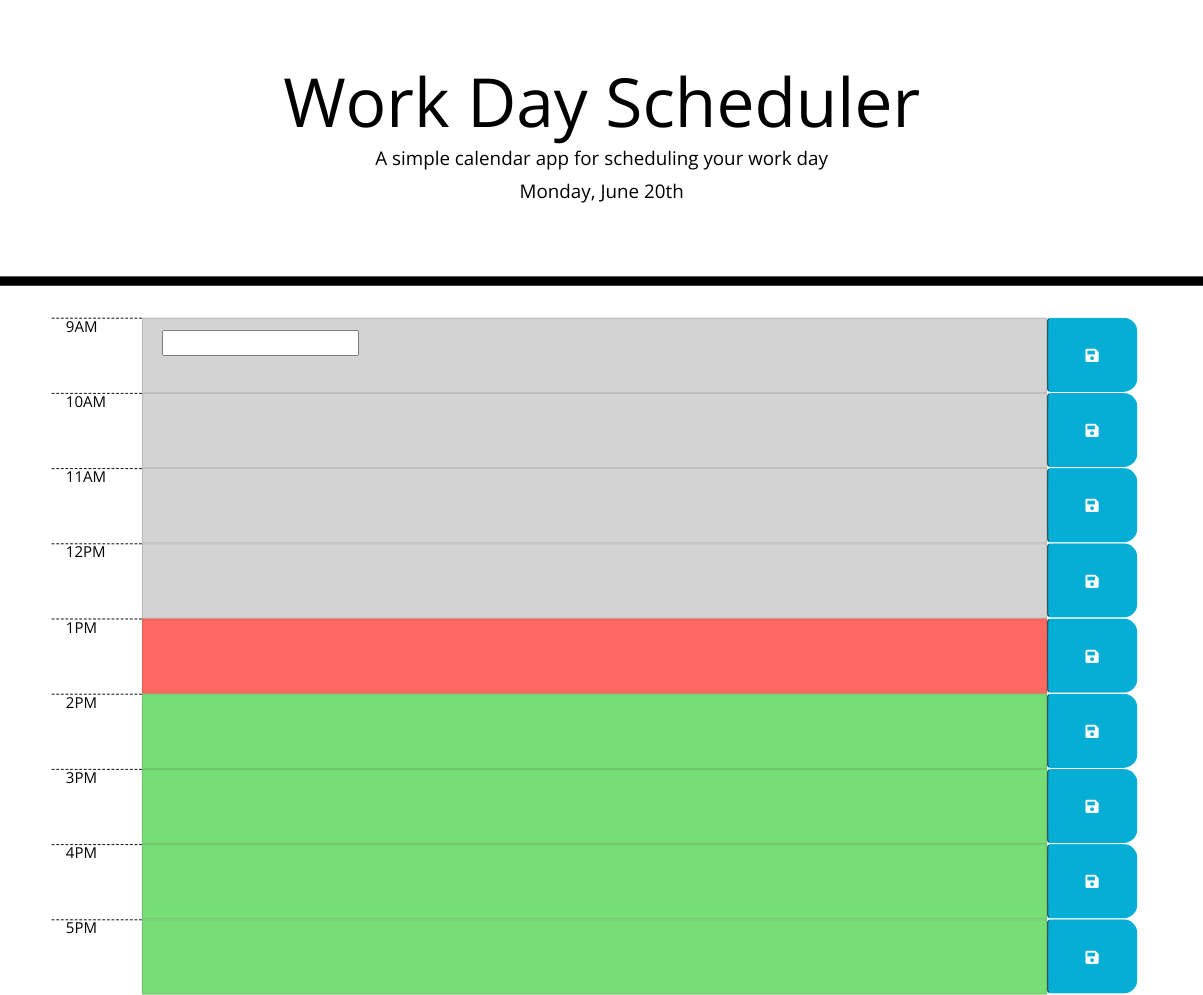
Repository: dtierney21/work-day-scheduler
Page: index.html
These files come from the project's save history. The page is drawn as it stood at one moment and after the next save; the edit follows.
The browser window is 1280 px wide. The pictures show the whole page, at 94% of full size.
Some web libraries are served in a nearby version.

Above is the page before, as saved 2022-06-28 15:27:12.

### index.html
<!DOCTYPE html>
<html lang="en">
  <head>
    <meta charset="UTF-8" />
    <meta name="viewport" content="width=device-width, initial-scale=1.0" />
    <meta http-equiv="X-UA-Compatible" content="ie=edge" />
    <link
      rel="stylesheet"
      href="https://stackpath.bootstrapcdn.com/bootstrap/4.3.1/css/bootstrap.min.css"
    />
    <link
      rel="stylesheet"
      href="https://use.fontawesome.com/releases/v5.8.1/css/all.css"
      integrity="sha384-50oBUHEmvpQ+1lW4y57PTFmhCaXp0ML5d60M1M7uH2+nqUivzIebhndOJK28anvf"
      crossorigin="anonymous"
    />
    <link
      href="https://fonts.googleapis.com/css?family=Open+Sans&display=swap"
      rel="stylesheet"
    />
    <link rel="stylesheet" href="./assets/css/style.css" />
    <title>Work Day Scheduler</title>
  </head>

  <body>
    <header class="jumbotron">
      <h1 class="display-3">Work Day Scheduler</h1>
      <p class="lead">A simple calendar app for scheduling your work day</p>
      <p id="currentDay" class="lead"></p>
    </header>
    <section class="container">
        <div class="row">
      <!-- Timeblocks go here -->
            <ul class="list-group col-12">
                <div class="row">
                    <li class="hour col-1">9AM</li>
                    <li class="list-group-item description col-10" data-hour="9"><input type='text'></li>
                    <button class="btn saveBtn col-1" type="submit"><i class="fa fa-save"></i></button>
                </div>
                <div class="row">
                    <li class="hour col-1">10AM</li>
                    <li class="list-group-item description col-10" data-hour="10"></li>
                    <button class="btn saveBtn col-1" type="submit"><i class="fa fa-save"></i></button>
                </div>
                <div class="row">
                    <li class="hour col-1">11AM</li>
                    <li class="list-group-item description col-10" data-hour="11"></li>
                    <button class="btn saveBtn col-1" type="submit"><i class="fa fa-save"></i></button>
                </div>
                <div class="row">
                    <li class="hour col-1">12PM</li>
                    <li class="list-group-item description col-10" data-hour="12"></li>
                    <button class="btn saveBtn col-1" type="submit"><i class="fa fa-save"></i></button>
                </div>
                <div class="row">
                    <li class="hour col-1">1PM</li>
                    <li class="list-group-item description col-10" data-hour="13"></li>
                    <button class="btn saveBtn col-1" type="submit"><i class="fa fa-save"></i></button>
                </div>
                <div class="row">
                    <li class="hour col-1">2PM</li>
                    <li class="list-group-item description col-10" data-hour="14"></li>
                    <button class="btn saveBtn col-1" type="submit"><i class="fa fa-save"></i></button>
                </div>
                <div class="row">
                    <li class="hour col-1">3PM</li>
                    <li class="list-group-item description col-10" data-hour="15"></li>
                    <button class="btn saveBtn col-1" type="submit"><i class="fa fa-save"></i></button>
                </div>
                <div class="row">
                    <li class="hour col-1">4PM</li>
                    <li class="list-group-item description col-10" data-hour="16"></li>
                    <button class="btn saveBtn col-1" type="submit"><i class="fa fa-save"></i></button>
                </div>
                <div class="row">
                    <li class="hour col-1">5PM</li>
                    <li class="list-group-item description col-10" data-hour="17"></li>
                    <button class="btn saveBtn col-1" type="submit"><i class="fa fa-save"></i></button>
                </div>
            </ul>
        </div>
    </section>

    <script src="https://cdnjs.cloudflare.com/ajax/libs/jquery/3.5.1/jquery.min.js"></script>
    <script src="https://cdnjs.cloudflare.com/ajax/libs/moment.js/2.24.0/moment.min.js"></script>
    <script src="./assets/js/script.js"></script>
  </body>
</html>

### assets/css/style.css
body {
  font-family: 'Open Sans', sans-serif;
  font-size: 16px;
  line-height: 1;
}

textarea {
  background: transparent;
  border: none;
  resize: none;
  color: #000000;
  border-left: 1px solid black;
  padding: 10px;
}

.jumbotron {
  text-align: center;
  background-color: transparent;
  color: black;
  border-radius: 0;
  border-bottom: 10px solid black;
}

.description {
  white-space: pre-wrap;
}

.time-block {
  text-align: center;
  border-radius: 15px;
}

.row {
  white-space: pre-wrap;
  height: 80px;
  border-top: 1px solid white;
}

.hour {
  background-color: #ffffff;
  color: #000000;
  border-top: 1px dashed #000000;
  list-style-type: none;
  /*
  text-align: center;
  justify-content: center;
  */
}

.past {
  background-color: #d3d3d3;
  color: white;
}

.present {
  background-color: #ff6961;
  color: white;
}

.future {
  background-color: #77dd77;
  color: white;
}

.saveBtn {
  border-left: 1px solid black;
  border-top-right-radius: 15px;
  border-bottom-right-radius: 15px;
  background-color: #06aed5;
  color: white;
}

.saveBtn i:hover {
  font-size: 20px;
  transition: all 0.3s ease-in-out;
}

### assets/js/script.js
var now = moment();
console.log(now);

var currentHour = moment().format('H');
console.log(currentHour);

var currentDayEl = $('#currentDay');
var today = moment().format('dddd, MMMM Do');

currentDayEl.text(today);

var descriptions = localStorage.getItem("descriptions")



$('.description').each(function() {
    if ($(this).data('hour') == currentHour) {
        $(this).addClass('present');
    } else if($(this).data('hour') > currentHour){
        $(this).addClass('future');
    } else {
        $(this).addClass('past');
    }
})

$('.saveBtn').on('click', function() {
    localStorage.setItem('descriptions', 'test');
})

After the next save:
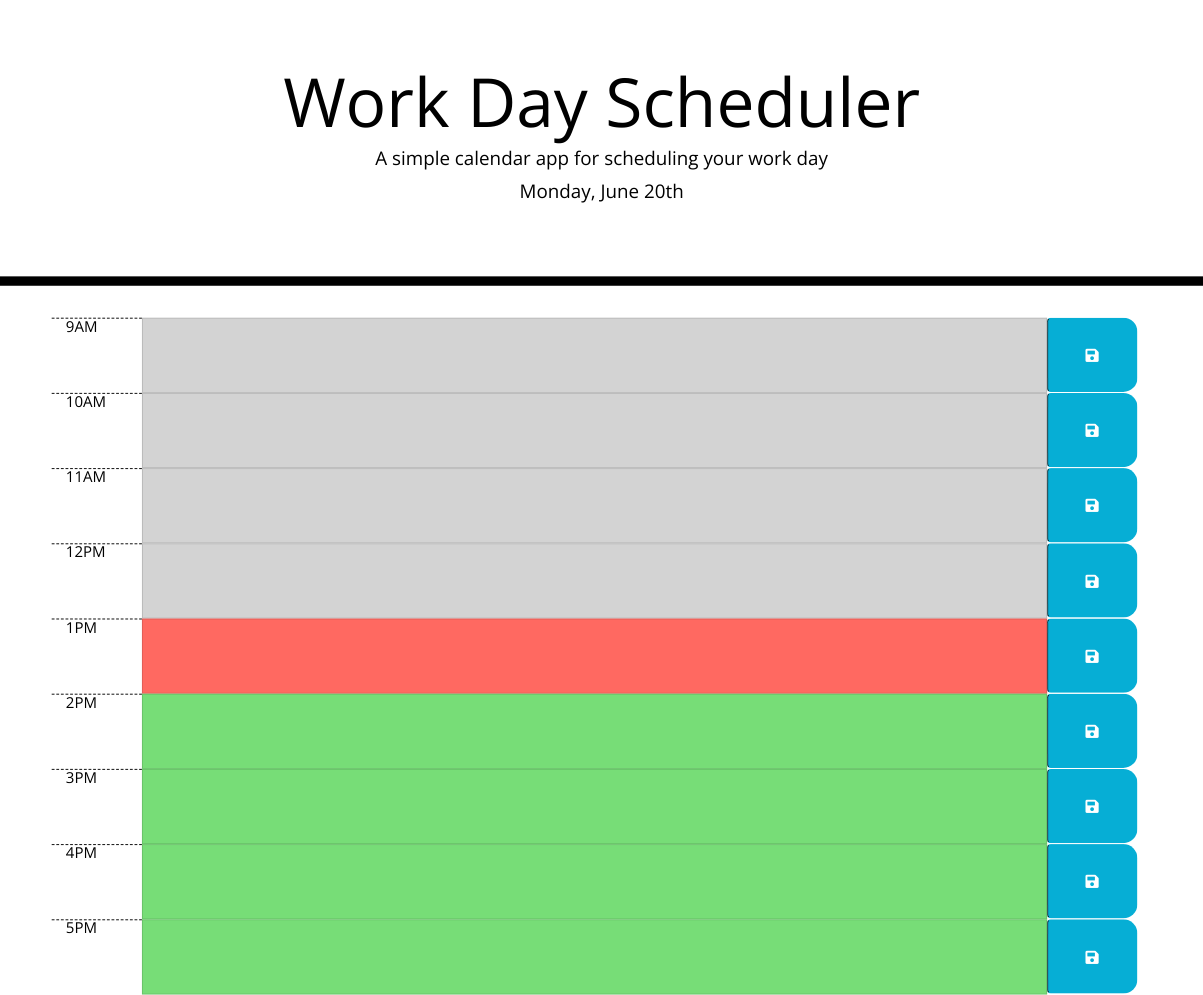
Saved 37 s later.
--- a/index.html
+++ b/index.html
@@ -34,7 +34,7 @@
             <ul class="list-group col-12">
                 <div class="row">
                     <li class="hour col-1">9AM</li>
-                    <li class="list-group-item description col-10" data-hour="9"><input type='text'></li>
+                    <input type='text' class="list-group-item description col-10" data-hour="9">
                     <button class="btn saveBtn col-1" type="submit"><i class="fa fa-save"></i></button>
                 </div>
                 <div class="row">
